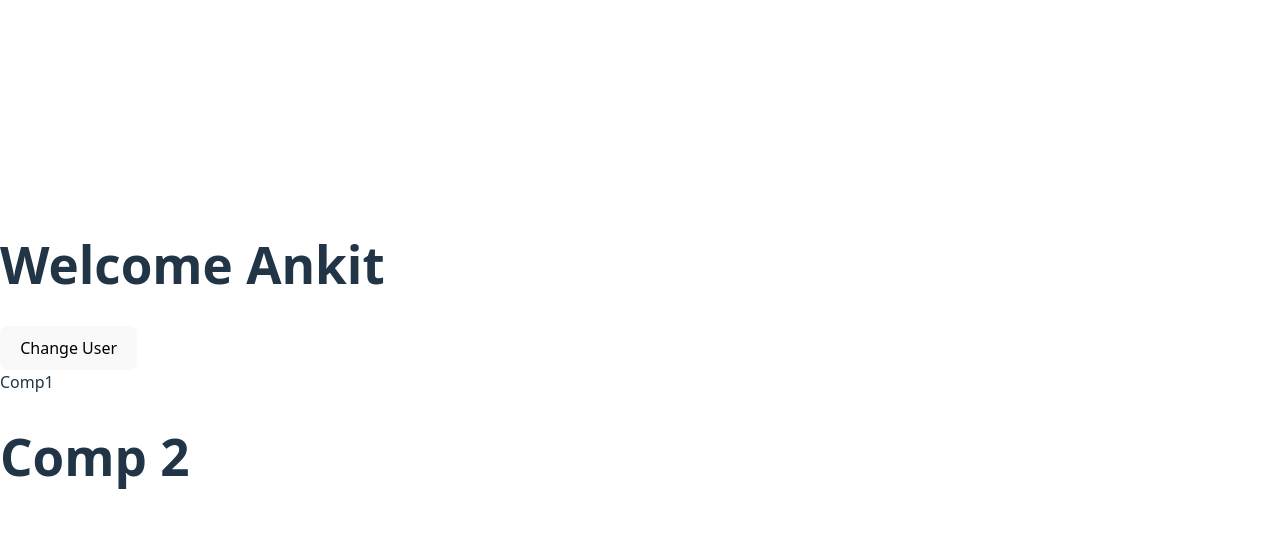
Repository: ankitgujre01/myAppContext2
Page: /
These files come from the project's save history. The page is drawn as it stood at one moment and after the next save; the edit follows.
The browser window is 1280 px wide. The pictures show the whole page.
The project was rebuilt for these pictures with package versions that can differ from the ones it lists, and the page was loaded fresh each time. Also part of the build but not shown: vite.config.js.

Above is the page before, as saved 2025-04-16 17:39:58.

### src/App.jsx
import React from 'react'
import { useState, createContext } from 'react';
import Comp1 from './Comp1';
const myContext = createContext();

const App = () => {

  const [user, setUser] = useState("Ankit");

  return (
    <>
      <h1>Welcome {user}</h1>
      <button onClick={() => setUser("Ankit Kumar")}>Change User</button>
      <myContext.Provider value={{ user, setUser }}>
        <Comp1/>
        </myContext.Provider>
    </>
  )
}

export default App;
export { myContext };

### src/Comp1.jsx
import React from 'react'
import Comp2 from './Comp2';
const Comp1 = ({user}) => {
    return (
      <>
      <div>Comp1</div>
            <Comp2 user={user} />
            </>
  )
}

export default Comp1;

### src/Comp2.jsx
import React from 'react'

const Comp2 = () => {
  return (
    // <div>Comp2</div>
      <>
      <h1>Comp 2</h1>
      </>
  )
}

export default Comp2;

### src/Comp3.jsx
import React from 'react'

const Comp3 = () => {
  return (
      // <div>Comp3</div>
      <>
      <h1>Comp3</h1>
      </>
  )
}

export default Comp3;

Loaded but not shown: index.html (common file); src/main.jsx (common file); src/index.css (common file)

After the next save:
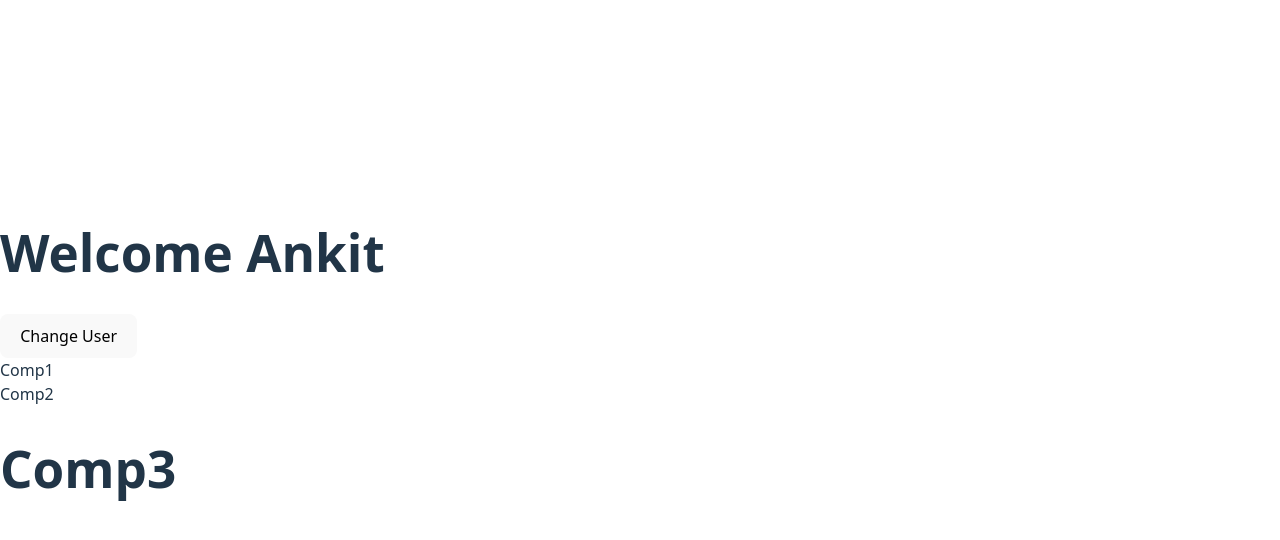
Saved 18 s later.
--- a/src/Comp2.jsx
+++ b/src/Comp2.jsx
@@ -1,11 +1,12 @@
 import React from 'react'
+import Comp3 from './Comp3';
 
-const Comp2 = () => {
+
+const Comp2 = ({user}) => {
   return (
-    // <div>Comp2</div>
-      <>
-      <h1>Comp 2</h1>
-      </>
+      <div>Comp2
+          <Comp3 user={user}/>
+    </div>
   )
 }
 
